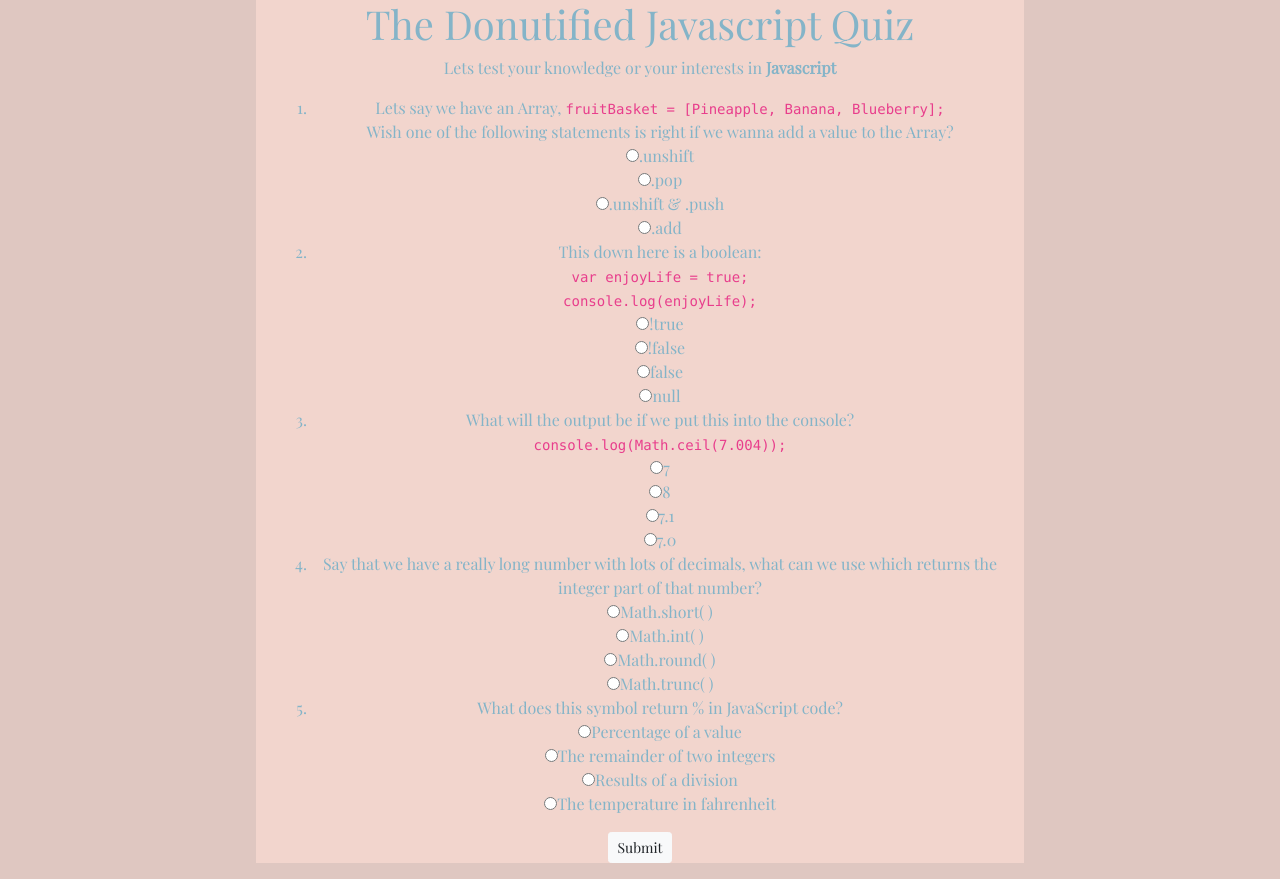
Repository: CharlotteAneriksson/donutQuiz
Page: index.html
The author's editor kept a record of every edit. The page is drawn from the files as they stood at one moment, then again after the next edit.
The browser window is 1280 px wide. The pictures show the whole page.

Above is the page before.

After the next edit:
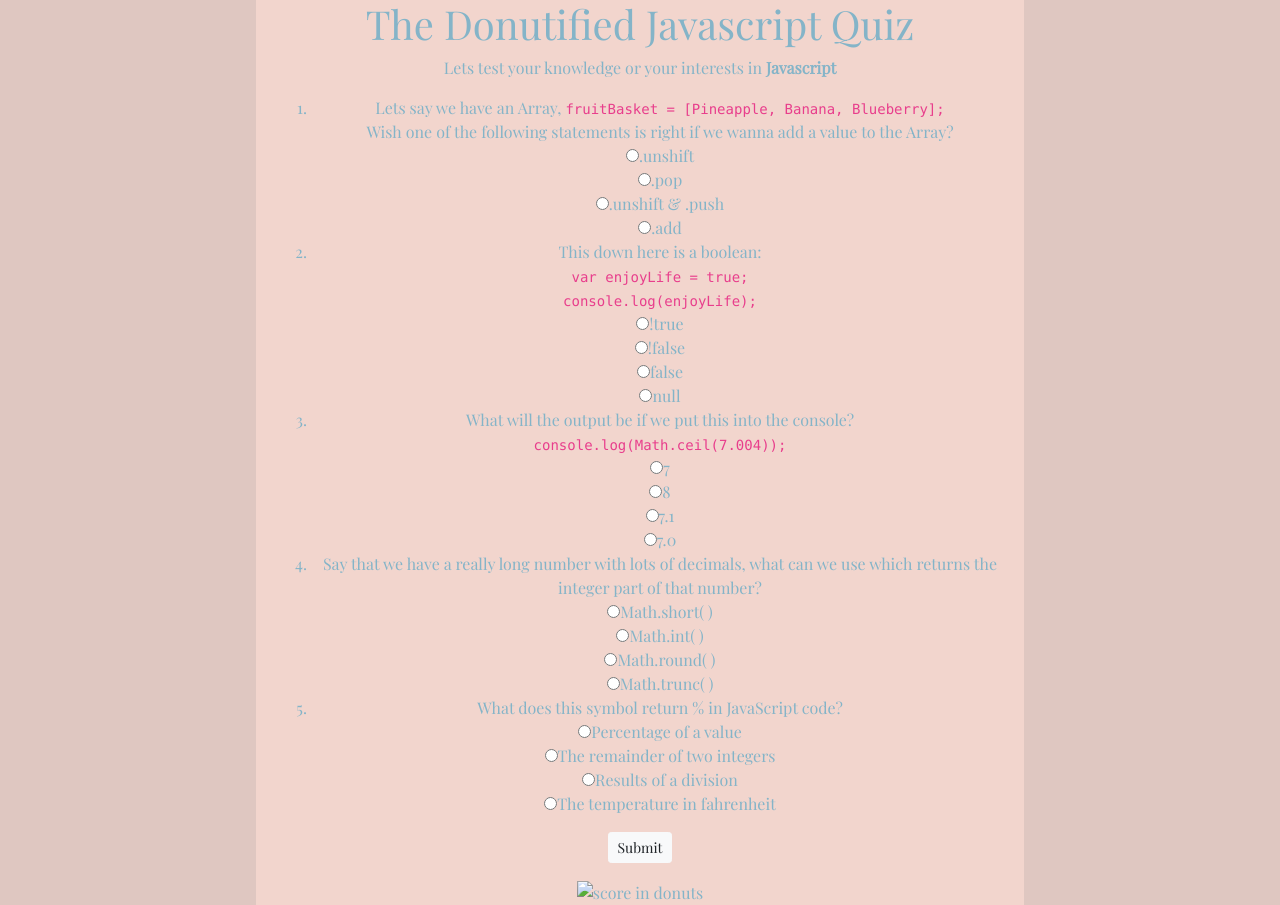
The edit:
--- a/index.html
+++ b/index.html
@@ -71,6 +71,7 @@
             </form>
             <div id="submit-messege">
                 <p id="correct-score"></p>
+                <img id="score-in-donuts" alt="score in donuts">
             </div>
         </section>
     </div>
